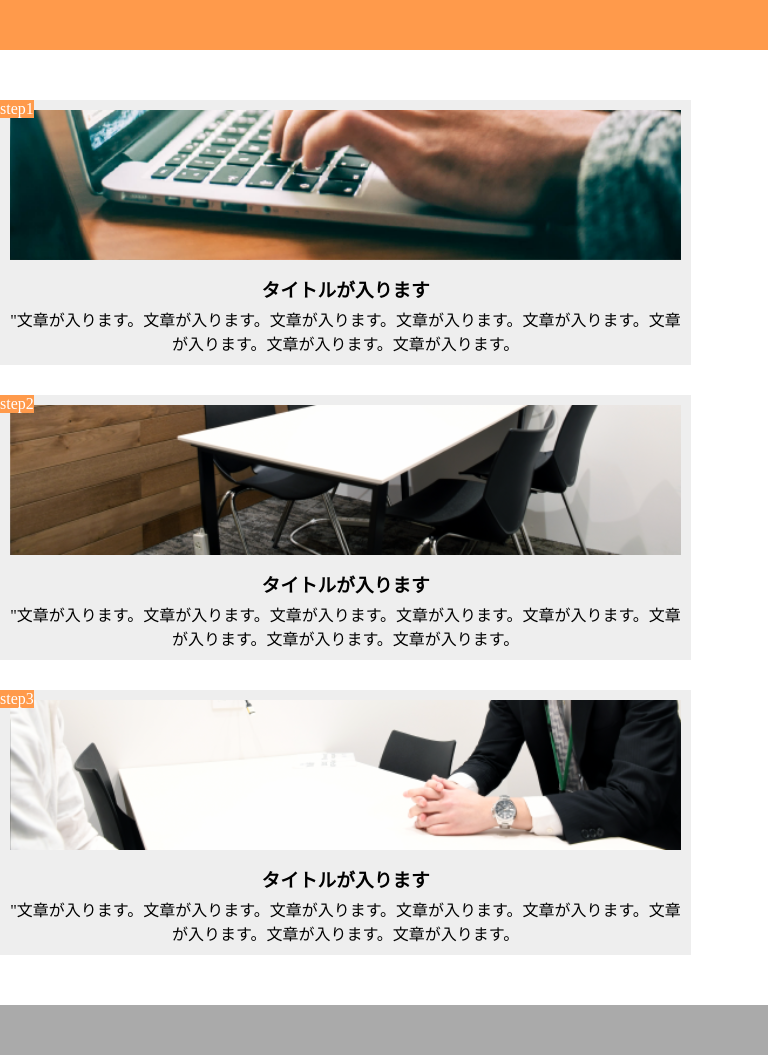
Repository: hal96no/caravan
Page: caravan/index.html
The author's editor kept a record of every edit. The page is drawn from the files as they stood at one moment, then again after the next edit.
The browser window is 768 px wide. The pictures show the whole page.

Above is the page before.

After the next edit:
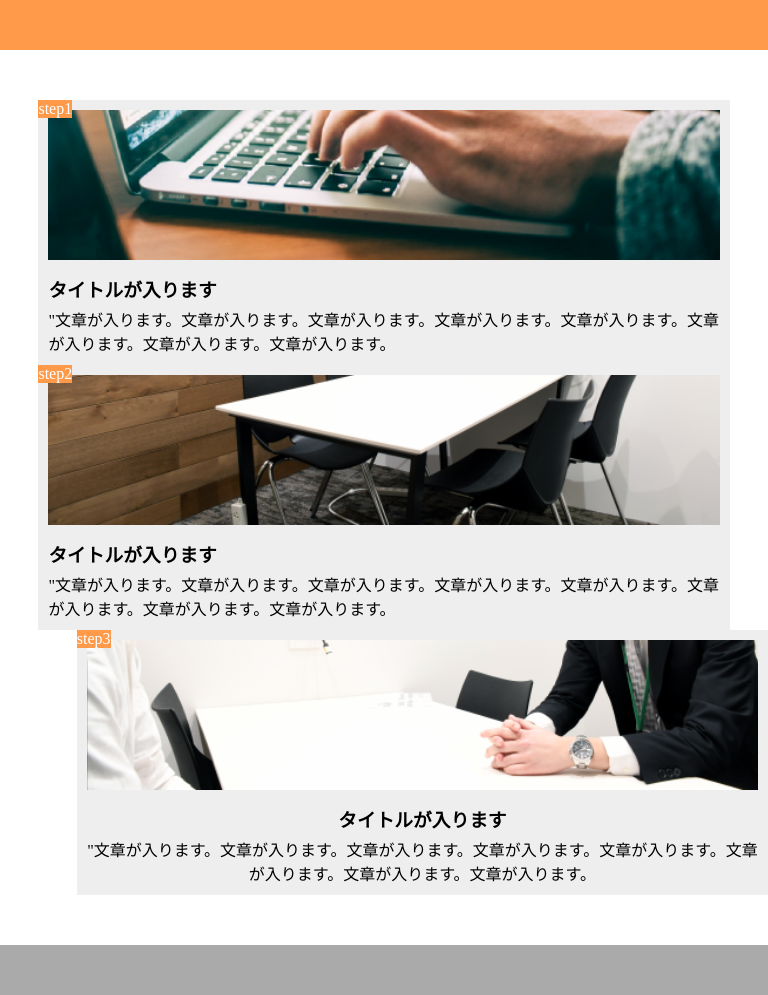
The edit:
--- a/caravan/style.css
+++ b/caravan/style.css
@@ -79,7 +79,7 @@
 .step-box {
    width: 90%;
    margin-bottom: 30px;
-   text-align: center;
+   margin: 0 auto;
 }
 
 .step-box:last-child {
